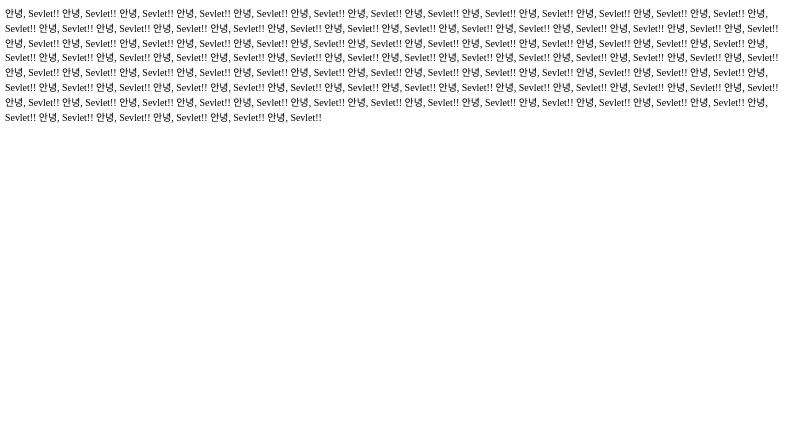
Repository: Jason-TG/workspace
Page: http://localhost/JSP_Project/nana.jsp
The author's editor kept a copy of each file at every save. The page is drawn from the files as they stood at one save, then again after the next save.
The browser window is 1280 px wide. The pictures show the whole page, at 62% of full size.
The page is served by Tomcat 9. Nobody is signed in. The application's start-up code is not run.

Above is the page before, as saved 2021-07-13 05:21:15.

After the next save:
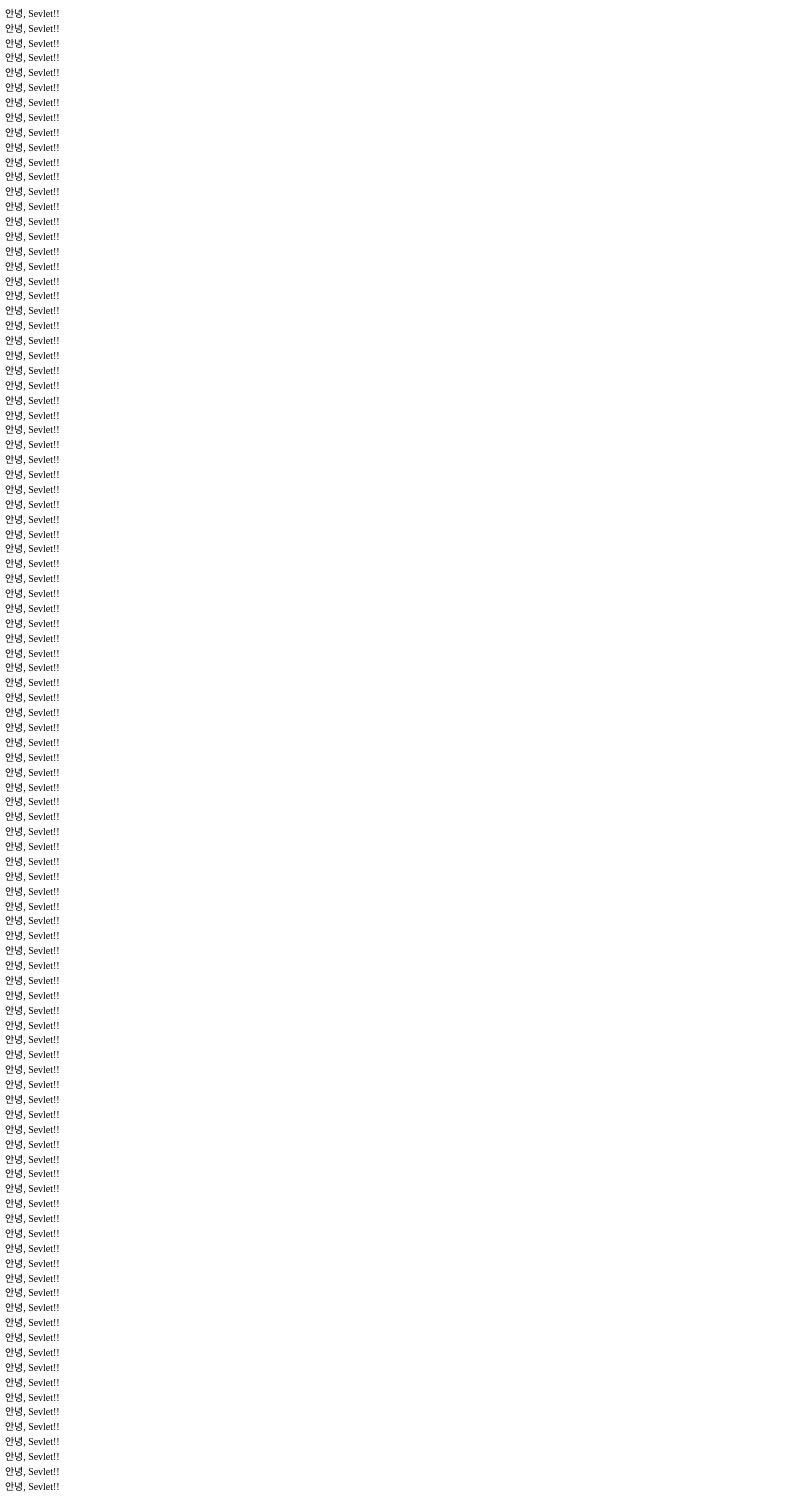
Saved 99 s later.
--- a/JSP_Project/src/main/webapp/nana.jsp
+++ b/JSP_Project/src/main/webapp/nana.jsp
@@ -23,7 +23,7 @@
 </head>
 <body>
 	<% for (int i=0; i < cnt; i++) { %>
-		안녕, Sevlet!!
+		안녕, Sevlet!! <br/>
 	<% } %>
 	<br />
 </body>
